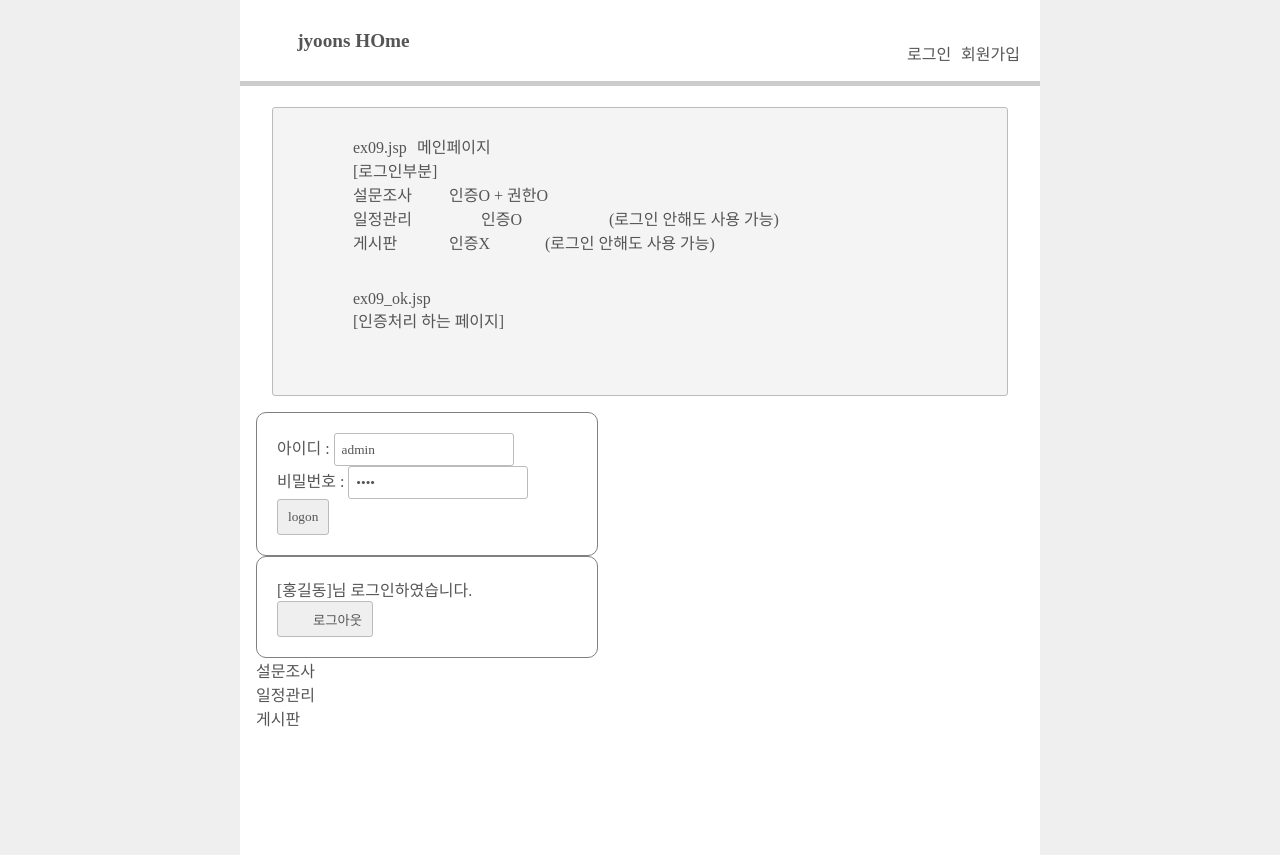
Repository: jyoons00/JSP-sample
Page: http://localhost/jspPro/days03/ex09.jsp
These files come from the project's save history. The page is drawn as it stood at one moment and after the next save; the edit follows.
The browser window is 1280 px wide. The pictures show the whole page.
Some web fonts or font styles are not loaded; a fallback is used. The page is served by Tomcat 9. Other server files are loaded and not shown.

Above is the page before, as saved 2024-10-17 07:26:35.

### jspPro/src/main/webapp/days03/ex09.jsp
<%@ page contentType="text/html; charset=UTF-8" pageEncoding="UTF-8"%>
<!DOCTYPE html>
<html>
  <head>
    <meta charset="UTF-8" />
    <title>Insert title here</title>
    <link
      rel="shortcut icon"
      type="image/x-icon"
      href="http://localhost/jspPro/images/SiSt.ico"
    />
    <script src="https://ajax.googleapis.com/ajax/libs/jquery/3.7.1/jquery.min.js"></script>
    <meta name="viewport" content="width=device-width, initial-scale=1.0" />
    <link
      rel="stylesheet"
      href="http://localhost/jspPro/resources/cdn-main/example.css"
    />
    <script src="http://localhost/jspPro/resources/cdn-main/example.js"></script>
    <style>
      span.material-symbols-outlined {
        vertical-align: text-bottom;
      }
    </style>
    <style>
  #logon, #logout{
    border:1px solid gray;
    width:300px;
    padding:20px;
    border-radius: 10px;
  }
</style>
  </head>
  <body>
    <header>
      <h1 class="main">
        <a href="#" style="position: absolute; top: 30px">jyoons HOme</a>
      </h1>
      <ul>
        <li><a href="#">로그인</a></li>
        <li><a href="#">회원가입</a></li>
      </ul>
    </header>
    <div>
      <xmp class="code">
   		ex09.jsp	메인페이지
   		[로그인부분]
   		설문조사		인증O + 권한O
   		일정관리 		인증O			(로그인 안해도 사용 가능)
   		게시판 		인증X		(로그인 안해도 사용 가능)


   		ex09_ok.jsp
   		[인증처리 하는 페이지]


  	  </xmp>

		 <div id="logon">
		     <form action="ex09_ok.jsp" method="get">
		      아이디 : <input type="text"  name="id"  value="admin"><br>
		      비밀번호 : <input type="password"  name="passwd"  value="1234"><br>
		      <input type="submit"  value="logon">
		     </form>
		  </div>



    <div id="logout">
    	[홍길동]님 로그인하였습니다.<br>
    	<button>로그아웃</button>
    </div>

    <a href="#">설문조사</a><br>
    <a href="#">일정관리</a><br>

    <a href="#">게시판</a><br>

  </body>

  </div>

</html>

### jspPro/src/main/webapp/resources/cdn-main/example.css
@charset "UTF-8";

@import url('https://fonts.googleapis.com/css2?family=Material+Symbols+Outlined:opsz,wght,FILL,GRAD@20..48,100..700,0..1,-50..200');

@font-face {
    font-family: 'GmarketSansMedium';
    src: url('https://cdn.jsdelivr.net/gh/projectnoonnu/noonfonts_2001@1.1/GmarketSansMedium.woff') format('woff');
    font-weight: normal;
    font-style: normal;
}

:root {
	--text-color: #555;
	--sub-text-color: #777;
	--back-color: #EFEFEF;
	--header-color: #444;
	--primary-color: #DEDEDE;
	--secondary-color: #EFEFEF;
	--default-width: 800px;
	--narrow-width: 500px;
	--wide-width: 1200px;
	--text-font: 'GmarketSansMedium';
	--icon-font: 'Material Symbols Outlined';
	--border-color: #CCC;
}

html, body {
	margin: 0;
	padding: 0;
}

html {
	background-color: var(--back-color);
	display: flex;
	justify-content: center;
	min-height: 100vh;
}

body, body.default {
	width: var(--default-width);
	background-color: white;
	padding-bottom: 120px;
}

body.wide {
	width: var(--wide-width);
}

body.narrow {
	width: var(--narrow-width);
}



body, p, div, span, a, input, select, option, textarea, button, table, th, td, label, fieldset, legend {
	font-family: var(--text-font);
	color: var(--text-color);
}

h1, h2, h3 {
	font-family: var(--text-font);
	color: var(--header-color);
	padding: 0 1rem;
	padding-top: .5rem;
}

div > h1, div > h2, div > h3 {
	padding: 0;
}

body > div, body > main > div {
	padding: 0.3rem 1rem;
}


h1 { font-size: 2rem; border-bottom: 1px solid var(--border-color); }
h1 small { font-size: 1.2rem; color: var(--sub-text-color); }
h2 { font-size: 1.5rem; border-bottom: 1px dashed var(--border-color); }
h2 small { font-size: 1.1rem; color: --sub-text-color; }
h3 { font-size: 1.2rem; }
h3 small { font-size: 1rem; color: --sub-text-color; }



h1.main::before {
	font-family: var(--icon-font);
  	content: '\e666';
  	margin-right: 10px;
  	float: left;
	font-size: 2.5rem;
}

h1.sub::before {
	font-family: var(--icon-font);
  	content: '\ea19';
  	margin-right: 10px;
  	float: left;
	font-size: 2.5rem;
}


h1.page::before {
	font-family: var(--icon-font);
  	content: '\e0e0';
  	margin-right: 10px;
  	float: left;
	font-size: 2.5rem;
}

body > header > ul > li > .active{
	background-color: #FFF;
	color:#F00;
}

body > header {
	display: flex;
	justify-content: space-between;
	border-bottom: 5px solid var(--border-color);
	min-height: 74px;
	background-color: #FFF;
}

body > header.sticky {
	position: sticky;
	top: 0;
	z-index: 98;
}

body > header > h1 {
	font-size: 1.2rem;
	border: 0;
}

body > header.in > h1::before {
	font-family: var(--icon-font);
  	content: '\e332‥';
  	margin-right: 3px;
  	float: left;
	font-size: 2rem;
}


body > header > ul {
	list-style-type: none;
	display: flex;
	align-items: flex-end;
	margin-right: 10px;
}

body > header > ul > li {
	margin-right: 10px;
	cursor: pointer;
}

body > header > ul > li > a {
	cursor: pointer;
}


form {
	display: block;
}

form > div {
	padding: 0.3rem 1rem;
}

div > form > div {
	padding: 0.3rem 0;
}

input, textarea, button, select {
	border: 1px solid #BBB;
	border-radius: 3px;
	outline: none;
	resize: none;
	padding: 7px;
	margin: 0;
}

input[type=text]:read-only, textarea:read-only {
	cursor: not-allowed;
	background-color: #FFF;
}

input[type=text]:disabled, textarea:disabled {
	cursor: not-allowed;
	background-color: #EEE;
}

input[type=text], input[type=password], textarea, button, select {
	/* width: 300px; */
}

textarea {
	display: block;
	height: 100px;
}

input[type=button], input[type=submit], button {
	/* width: inherit; */
}

input.short, textarea.short, button.short, select.short {
	width: 100px;
}

input.long, textarea.long, button.long, select.long {
	width: 350px;
}

.narrow input.long, .narrow textarea.long, .narrow button.long, .narrow select.long {
	width: calc(100% - 20px);
}

input.full, textarea.full, button.full, select.full {
	width: calc(100% - 20px);
}

textarea.short {
	height: 50px;
}

textarea.long {
	height: 100px;
}

textarea.full {
	height: 200px;
}

input, textarea {
	padding-top: 8px;
}

input[type=button], input[type=submit], button {
	padding: 5px 10px;
	background-color: var(--secondary-color);
	cursor: pointer;
	min-height: 36px;
}

input[type=button].primary, input[type=submit].primary, button.primary {
	/* background-color: rgba(100, 149, 237, .2); */
	background-color: var(--primary-color);
}

input[type=button].primary:hover, input[type=submit].primary:hover, button.primary:hover {
	/* background-color: rgba(100, 149, 237, .3); */
	background-color: var(--secondary-color);
}

input[type=button]:hover, input[type=submit]:hover, button:hover {
	background-color: var(--primary-color);
}

button {
	position: relative;
	left: 0;
	top: 0;
	padding-left: 35px;
}

button .material-symbols-outlined {
	position: absolute;
	left: 10px;
	top: 4px;
}

/* k2nik add */
button.login::before {
	font-family: var(--icon-font);
  	content: '\ea77';
	position: absolute;
	left: 11px;
	top: 4px;
	font-size: 1.25rem;
}

/* k2nik logout */
button.logout::before {
	font-family: var(--icon-font);
  	content: '\e9ba';
	position: absolute;
	left: 11px;
	top: 4px;
	font-size: 1.25rem;
}

/* k2nik help */
button.help::before {
	font-family: var(--icon-font);
  	content: '\f1c0';
	position: absolute;
	left: 11px;
	top: 4px;
	font-size: 1.25rem;
}

button.add::before{
	font-family: var(--icon-font);
  	content: '\e746';
	position: absolute;
	left: 11px;
	top: 4px;
	font-size: 1.25rem;
}

button.back::before {
	font-family: var(--icon-font);
  	content: '\e166';
	position: absolute;
	left: 11px;
	top: 4px;
	font-size: 1.25rem;
}

button.list::before {
	font-family: var(--icon-font);
  	content: '\e0ee';
	position: absolute;
	left: 11px;
	top: 4px;
	font-size: 1.25rem;
}


button.del::before {
	font-family: var(--icon-font);
  	content: '\e872';
	position: absolute;
	left: 11px;
	top: 4px;
	font-size: 1.25rem;
}


button.edit::before {
	font-family: var(--icon-font);
  	content: '\e745';
	position: absolute;
	left: 11px;
	top: 4px;
	font-size: 1.25rem;
}


button.login::before {
	font-family: var(--icon-font);
  	content: '\ea77';
	position: absolute;
	left: 11px;
	top: 4px;
	font-size: 1.25rem;
}


button.logout::before {
	font-family: var(--icon-font);
  	content: '\e9ba';
	position: absolute;
	left: 11px;
	top: 4px;
	font-size: 1.25rem;
}


button.in::before {
	font-family: var(--icon-font);
  	content: '\f71a';
	position: absolute;
	left: 11px;
	top: 4px;
	font-size: 1.25rem;
}


button.out::before {
	font-family: var(--icon-font);
  	content: '\f70e';
	position: absolute;
	left: 11px;
	top: 4px;
	font-size: 1.25rem;
}


button.reply::before {
	font-family: var(--icon-font);
  	content: '\e15e';
	position: absolute;
	left: 11px;
	top: 4px;
	font-size: 1.25rem;
}


button.comment::before {
	font-family: var(--icon-font);
  	content: '\e0b9';
	position: absolute;
	left: 11px;
	top: 4px;
	font-size: 1.25rem;
}


button.modal::before {
	font-family: var(--icon-font);
  	content: '\e89e';
	position: absolute;
	left: 11px;
	top: 4px;
	font-size: 1.25rem;
}


button.ok::before {
	font-family: var(--icon-font);
  	content: '\e86c';
	position: absolute;
	left: 11px;
	top: 4px;
	font-size: 1.25rem;
}


button.cancel::before {
	font-family: var(--icon-font);
  	content: '\e5c9';
	position: absolute;
	left: 11px;
	top: 4px;
	font-size: 1.25rem;
}

button.search::before {
	font-family: var(--icon-font);
  	content: '\e8b6';
	position: absolute;
	left: 11px;
	top: 4px;
	font-size: 1.25rem;
}

button.home::before {
	font-family: var(--icon-font);
  	content: '\e88a';
	position: absolute;
	left: 11px;
	top: 4px;
	font-size: 1.25rem;
}


button.sidebar::before {
	font-family: var(--icon-font);
  	content: '\f7e4';
	position: absolute;
	left: 11px;
	top: 4px;
	font-size: 1.25rem;
}


button.sidebar-right::before {
	font-family: var(--icon-font);
  	content: '\f7e5';
	position: absolute;
	left: 11px;
	top: 4px;
	font-size: 1.25rem;
}




button::before {
	font-family: var(--icon-font);
  	content: '\e323';
	position: absolute;
	left: 11px;
	top: 4px;
	font-size: 1.25rem;
}


table {
	border-collapse: collapse;
	margin: 1rem;
	box-sizing: border-box;
	width: calc(100% - 32px);
}

table.content {
	width: auto;
}

div > table {
	margin: 0;
}

table th, table td {
	border: 1px solid var(--border-color);
	padding: 7px;
	font-weight: normal;
}

table th {
	background-color: var(--back-color);
}

table.vertical th {
	width: 150px;
}

table.vertical td {
	width: calc(100% - 182px);
	padding-left: 10px;
}

table.content td, table.content th {
	width: auto;
}

body.narrow table.vertical th {
	width: 100px;
}

body.narrow table.vertical td {
	width: calc(100% - 182px);
}


table + table {
	margin-top: 30px;
}


p {
	padding: 0 1rem;
}

a {
	text-decoration: none;
}

a:hover {
	color: rgba(255, 99, 71, .7);
}

hr {
	border: 0;
	border-top: 1px solid var(--border-color);
	margin: 2rem 0;
}

.message {
	border: 1px solid var(--border-color);
	background-color: #EFEFEF;
	margin: 1rem;
	width: auto;
	padding-top: 10px;
	padding-bottom: 10px;
	font-size: 14px;
}

.message[title]::before {
	content: attr(title);
	display: block;
	border-bottom: 1px solid var(--border-color);
	padding-bottom: 5px;
	margin-bottom: 10px;
	margin-top: 7px;
}

.message.short {
	max-width: 250px;
}

.message.long {
	max-width: 500px;
}

.badge {
	float: right;
	font-size: .8rem;
	margin-top: 2px;
	margin-right: 2px;
	text-shadow: 0 0 7px gray;
}

.badge.left {
	float: none;
	margin-left: 2px;
}

.badge.right {
	float: right;
}

.badge.red {
	border-radius: 50%;
	padding: 2px 5px;
	background-color: rgb(255, 99, 71, .3);
}

.badge.yellow {

	border-radius: 50%;
	padding: 2px 5px;
	background-color: rgb(255, 215, 0, .5);
}

.badge.blue {
	border-radius: 50%;
	padding: 2px 5px;
	background-color: rgb(100, 149, 237, .3);
}

label + label {
	margin-left: 7px;
}

label input[type=checkbox], label input[type=radio] {
	transform: translate(0, 1px);
}

.group {
	display: flex;
}

.modal-content .group {
	margin-bottom: .5rem;
}

.group label {
	border: 1px solid #BBB;
	border-radius: 3px;
	outline: none;
	resize: none;
	padding: 7px 14px;
	margin: 0;
	border-top-right-radius: 0;
	border-bottom-right-radius: 0;
	background-color: #EFEFEF;
	white-space: nowrap;
	font-size: 14px;
}

.group input[type=text] {
	margin-left: -1px;
	border-top-left-radius: 0;
	border-bottom-left-radius: 0;
}

.group select {
	margin-left: -1px;
	border-top-left-radius: 0;
	border-bottom-left-radius: 0;
}

.group input.full[type=text] {
	margin-left: -1px;
	border-top-left-radius: 0;
	border-bottom-left-radius: 0;
	width: 100%;
}

.group input[type=button]:first-child, .group button:first-child {
	border-top-left-radius: 3px;
	border-bottom-left-radius: 3px;
	margin-left: 0px;
}

.group input[type=button], .group button {
	border-radius: 0;
	margin-left: -1px;
}

.group input[type=button]:last-child, .group button:last-child {
	margin-left: -1px;
	border-top-right-radius: 3px;
	border-bottom-right-radius: 3px;
}

.seperate {
	display: flex;
	justify-content: space-between;
}

div.list {
	width: max-content;
	margin: 1rem;
	border: 1px solid #BBB;
	border-radius: 3px;
	padding: 0;
}

div.list.full {
	width: auto;
	display: block;
	margin: 1rem;
	border: 1px solid #BBB;
	border-radius: 3px;
	padding: 0;
}

div.list > div {
	padding: .5rem 1rem;
	margin: 0;
	border-bottom: 1px solid #BBB;
}

div.list > div:last-child {
	border-bottom: 0;
}

pre.code , xmp.code{
	font-family: consols;
	background-color: rgba(150, 150, 150, .1);
	border: 1px solid #BBB;
	border-radius: 3px;
	padding: .5rem 1rem;
	padding-bottom: .6rem;
	margin: 1rem;
}




*[data-modal-window] {
	position: fixed;
	background-color: rgba(0, 0, 0, .3);
	left: 0;
	top: 0;
	display: none;
	justify-content: center;
	align-items: flex-start;
	width: 100%;
	min-height: 100vh;
	z-index: 100;
	opacity: 0;
	transition: 500ms all;
}

*[data-modal-window] .modal-container {
	border-radius: 5px;
	padding: 1rem;
	padding-bottom: .5rem;
	margin-top: -500px;
	opacity: 0;
	width: 500px;
	background-color: #FFF;
	margin-right: 2rem;
	transition: 500ms all;
}

*[data-modal-size=content] .modal-container {
	width: auto;
}

*[data-modal-size=narrow] .modal-container {
	width: 300px;
}

*[data-modal-size=wide] .modal-container {
	width: 760px;
}


*[data-modal-window] .modal-header {
	border-bottom: 1px solid var(--border-color);
	padding: 2px 5px;
}

*[data-modal-window] .modal-content {
	padding: 1rem 5px;
}

*[data-modal-window] .modal-content div:last-child {
	margin-top: 1rem;
	text-align: right;
}



*[data-sidebar-window] {
	position: fixed;
	background-color: #FFF;
	left: 0;
	top: 0;
	display: block;
	width: 300px;
	border-right: 1px solid var(--border-color);
	box-sizing: border-box;
	box-shadow: 0 0 3px var(--back-color);
	min-height: 100vh;
	z-index: 99;
	transform: translate(-300px, 0);
	transition-duration: 500ms;
	transition-property: transform;
}

*[data-sidebar-direction=right] {
	left: auto;
	right: 0;
	transform: translate(300px, 0);
	border-left: 1px solid var(--border-color);
}

*[data-sidebar-size=wide] {
	width: 500px;
	transform: translate(-500px, 0);
}

*[data-sidebar-window] .sidebar-title {
	border-bottom: 1px solid var(--border-color);
	margin-top: 20px;
	margin-bottom: 20px;
	padding-bottom: 5px;
	display: flex;
	justify-content: space-between;
}

*[data-sidebar-window] .sidebar-title span:last-child {
	cursor: pointer;
}


/* K2Nik pagination */
.center {
  text-align: center;
}

.pagination {
  display: inline-block;
}

.pagination a {
  color: black;
  float: left;
  padding: 3px 6px;
  text-decoration: none;
  transition: background-color .3s;
  border: 1px solid #ddd;
  margin: 0 3px;
}

.pagination a.active {
  background-color: #4CAF50;
  color: white;
  border: 1px solid #4CAF50;
}

.pagination a:hover:not(.active) {background-color: #ddd;}

### jspPro/src/main/webapp/resources/cdn-main/example.js

window.onload = () => {

    const list = document.querySelectorAll('input, textarea');

    list.forEach(item => {
        item.setAttribute('autocomplete', 'off');
    });


    const modal_btn_list = document.querySelectorAll('*[data-modal-button]');

    modal_btn_list.forEach(item => {
        item.onclick = function() {

            const name = this.dataset['modalButton'];
            const modal_window = document.querySelector('*[data-modal-window=' + name);

            const container = document.createElement('div');
            container.className = 'modal-container';



            const modal_header = document.createElement('div');
            modal_header.textContent = modal_window.dataset['modalTitle'];
            modal_header.className = 'modal-header';
            container.appendChild(modal_header);

            const modal_content = document.createElement('div');
            modal_content.className = 'modal-content';
            container.appendChild(modal_content);

            Array.from(modal_window.childNodes).forEach(item => {
                modal_content.appendChild(item);
            });

            modal_window.appendChild(container);

            modal_window.style.display = 'flex';

            setTimeout(() => {
                modal_window.style.opacity = 1;
                container.style.marginTop = '20px';
                container.style.opacity = 1;
            }, 50);


            const modal_ok = document.querySelector('*[data-modal-ok=' + name);
            modal_ok.addEventListener('click', function() {
                modal_window.style.opacity = 0;
                container.style.marginTop = '-500px';
                container.style.opacity = 0;

                setTimeout(() => {
                    modal_window.innerHTML = modal_content.innerHTML;
                    modal_window.style.display = 'none';
                }, 500);

            });

            const modal_cancel = document.querySelector('*[data-modal-cancel=' + name);
            modal_cancel.addEventListener('click', function() {

                modal_window.style.opacity = 0;
                container.style.marginTop = '-500px';
                container.style.opacity = 0;

                setTimeout(() => {
                    modal_window.innerHTML = modal_content.innerHTML;
                    modal_window.style.display = 'none';
                }, 500);
            });


        };
    });


    const sidebar_btn_list = document.querySelectorAll('*[data-sidebar-button]');

    sidebar_btn_list.forEach(item => {
        item.onclick = function() {



            const name = this.dataset['sidebarButton'];
            const sidebar_window = document.querySelector('*[data-sidebar-window=' + name);

            if (sidebar_window.style.transform == 'translate(0px, 0px)') return;



            sidebar_window.style.transform = 'translate(0, 0)';

            const sidebar_title = document.createElement('div');
            sidebar_title.className = 'sidebar-title';
            sidebar_title.innerHTML = '<span>' + sidebar_window.dataset['sidebarTitle'] + '</span><span class="material-symbols-outlined">close</span>';

            sidebar_title.children[1].onclick = function() {

                let sign = 1;
                let distance = 300;

                if (sidebar_window.dataset['sidebarDirection'] != 'right') {
                    sign = -1;
                } else {
                    sign = 1;
                }

                if (sidebar_window.dataset['sidebarSize'] != 'wide') {
                    distance = 300;
                } else {
                    distance = 500;
                }

                distance *= sign;

                sidebar_window.style.transform = 'translate(' + distance + 'px, 0)';

                setTimeout(function() {
                    sidebar_window.removeChild(sidebar_window.children[0]);
                }, 500);
            };


            sidebar_window.prepend(sidebar_title);

        }
    });

};

// window.onkeydown = function(event) {

//     if (event.keyCode == 27) {
//         if (document.querySelector('[data-modal-window').style.display == 'flex') {
//             document.querySelector('[data-modal-window').style.display = 'none';
//         }
//     }

// };

After the next save:
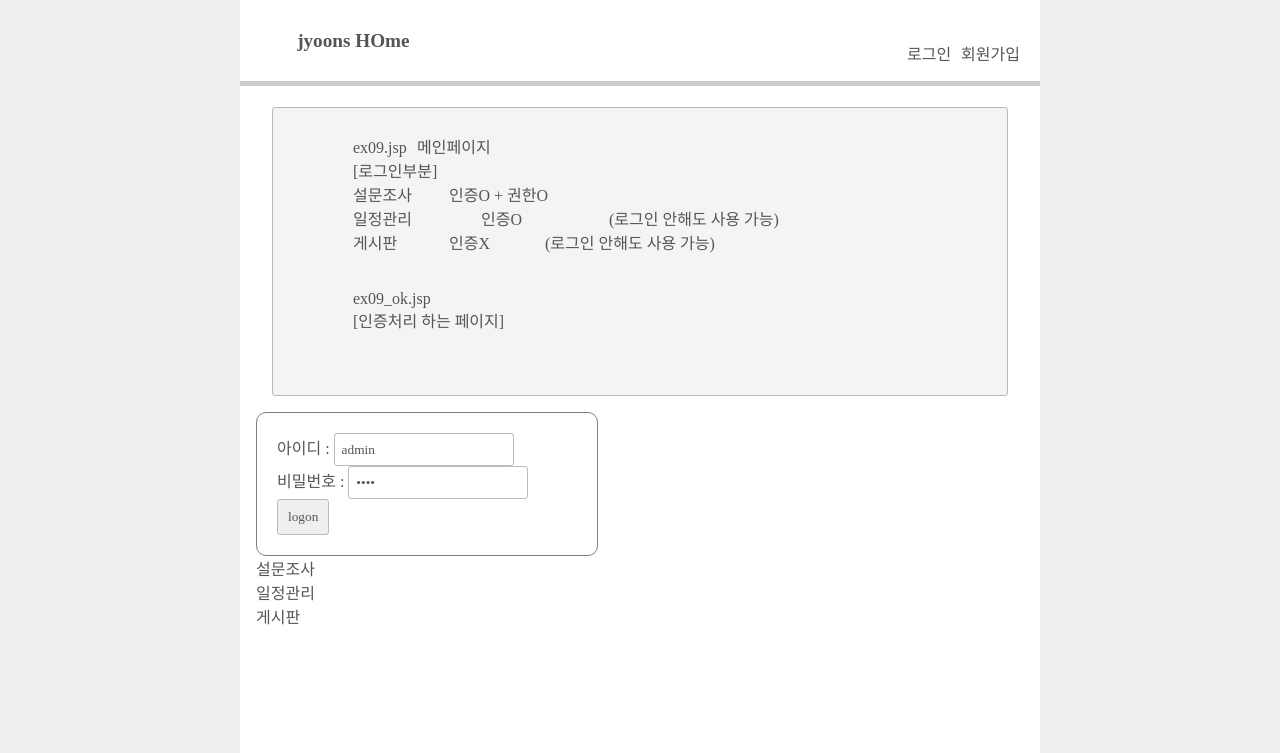
Saved 19 s later.
--- a/jspPro/src/main/webapp/days03/ex09.jsp
+++ b/jspPro/src/main/webapp/days03/ex09.jsp
@@ -65,7 +65,7 @@
 
 
 
-    <div id="logout">
+    <div id="logout" style="display: none;">
     	[홍길동]님 로그인하였습니다.<br>
     	<button>로그아웃</button>
     </div>
